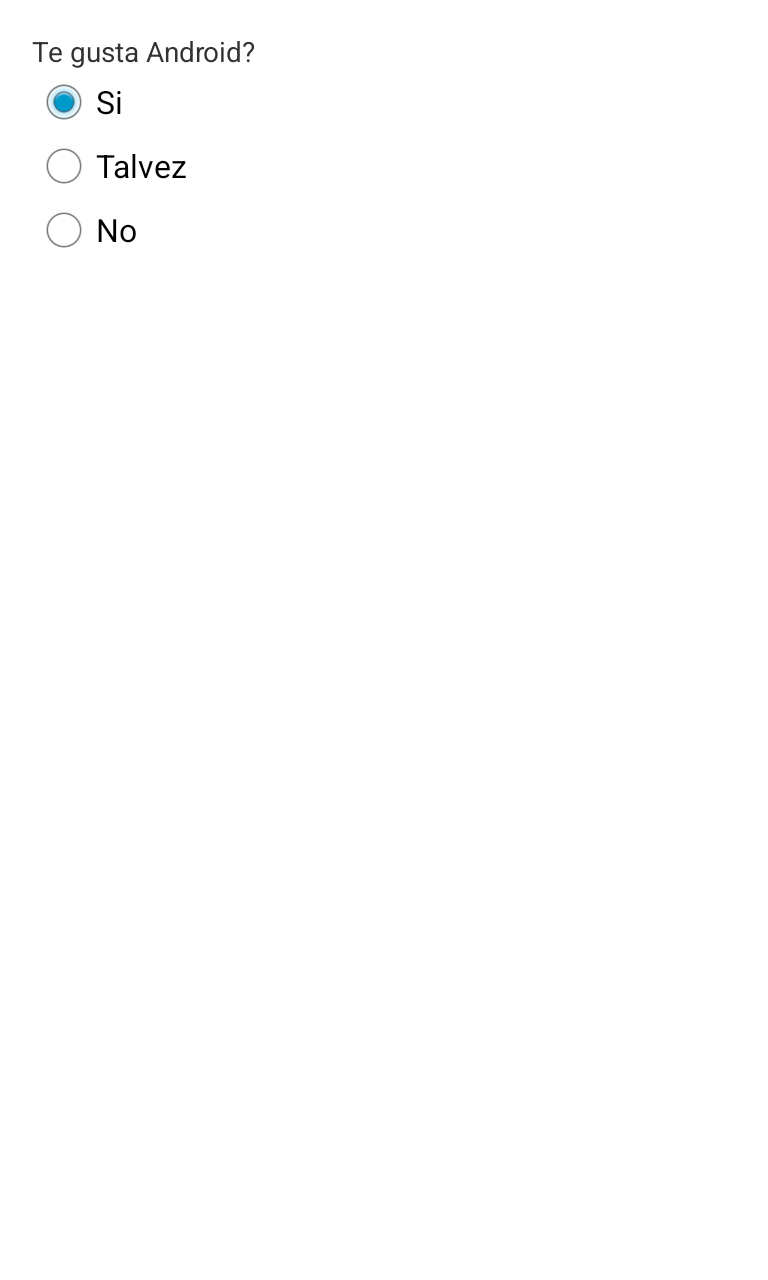
Repository: G3rcar/Android-I
Layout: Clase07RadioButton/res/layout/activity_main.xml
These files come from the project's save history. The layout is drawn as it stood at one moment and after the next save; the edit follows.
It is drawn on a 768 x 1280 px phone screen (xhdpi) without system bars, with theme AppTheme; the app's code is not run.

Above is the layout before, as saved 2013-11-05 13:23:25.

After the next save:
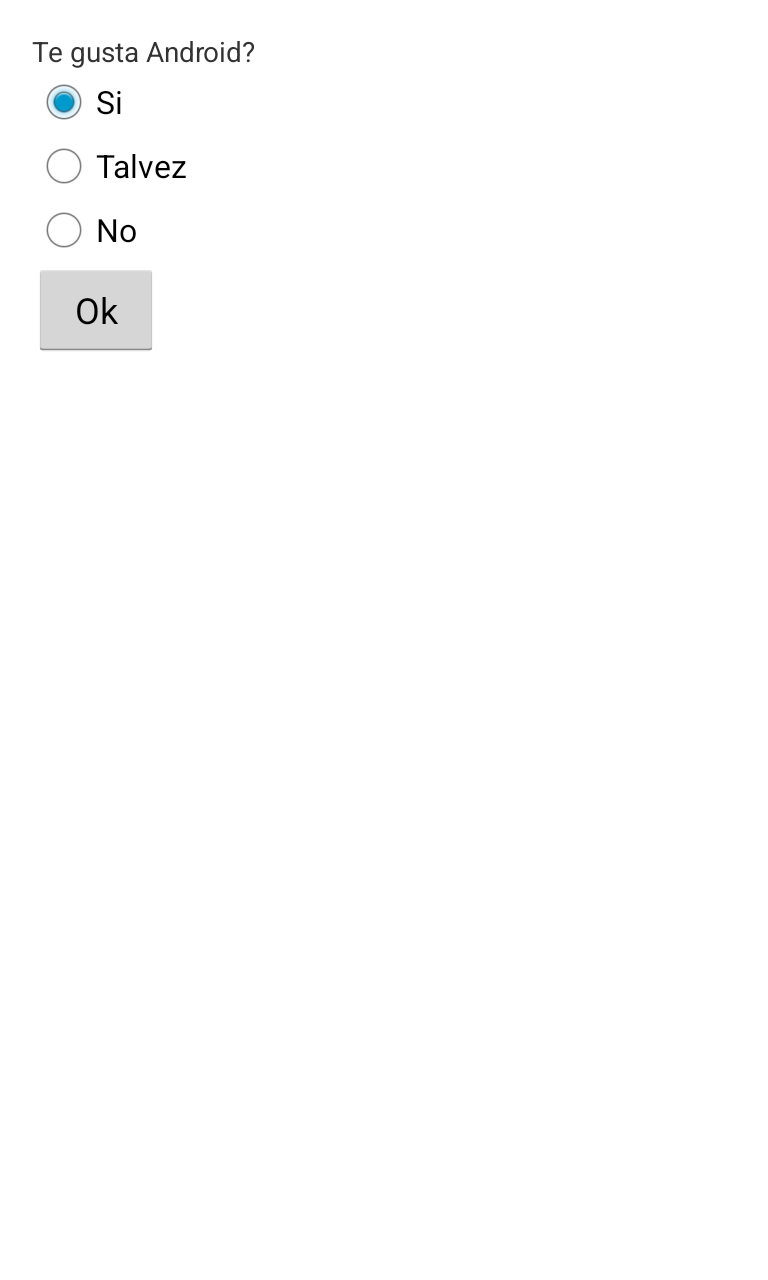
Saved 3 s later.
--- a/Clase07RadioButton/res/layout/activity_main.xml
+++ b/Clase07RadioButton/res/layout/activity_main.xml
@@ -42,4 +42,10 @@
 
     </RadioGroup>
 
+    <Button
+        android:id="@+id/btnOk"
+        android:layout_width="wrap_content"
+        android:layout_height="wrap_content"
+        android:text="@string/btnOk" />
+
 </LinearLayout>
